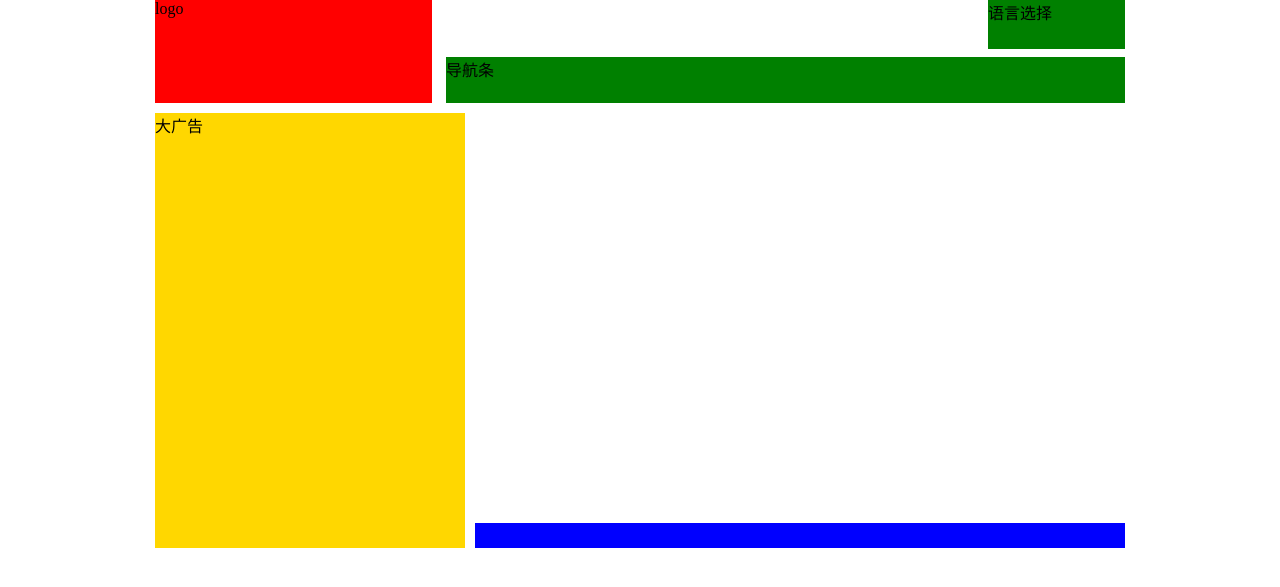
Repository: Germtao/Web
Page: web_css/css_浮动.html
These files come from the project's save history. The page is drawn as it stood at one moment and after the next save; the edit follows.
The browser window is 1280 px wide. The pictures show the whole page.

Above is the page before, as saved 2020-10-30 10:35:38.

After the next save:
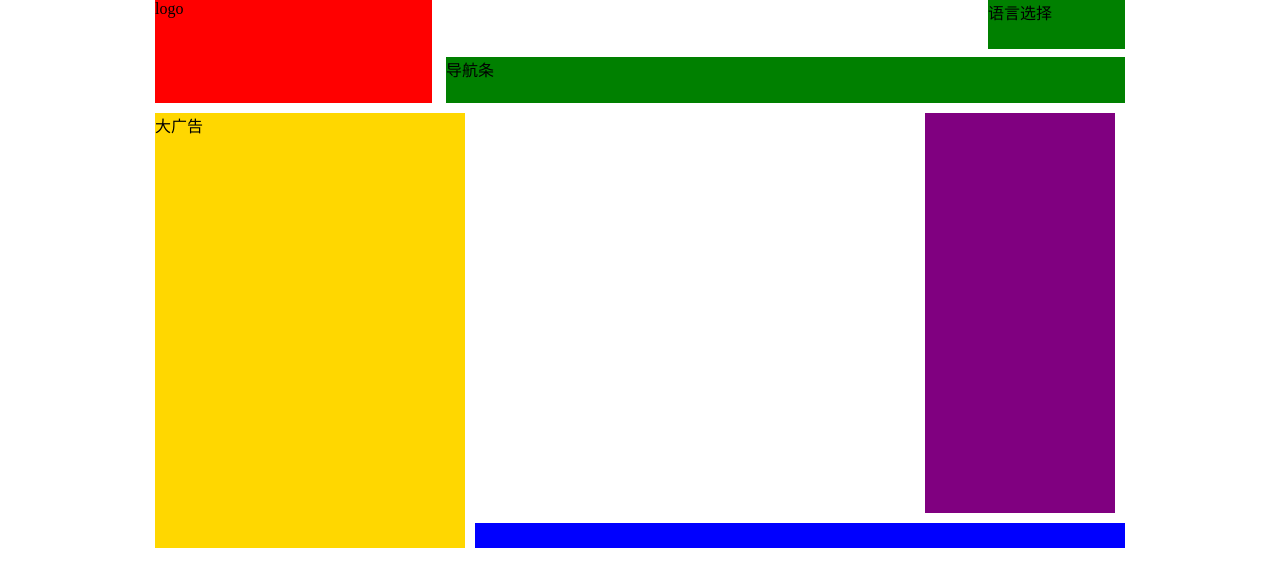
Saved 52 s later.
--- a/web_css/css_浮动.html
+++ b/web_css/css_浮动.html
@@ -204,6 +204,13 @@
       float: left;
       width: 450px;
       height: 400px;
+    }
+
+    .content .rightPart .main .hotpic {
+      float: left;
+      width: 190px;
+      height: 400px;
+      background-color: purple;
     }
   </style>
 
